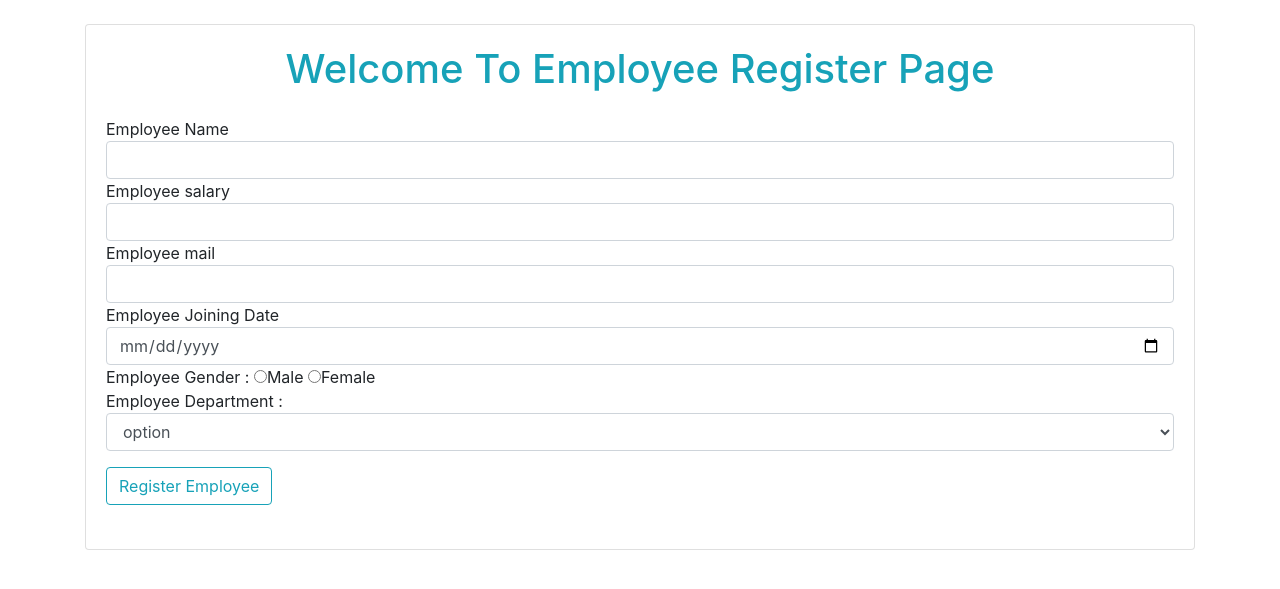
Repository: lokeshsukhwal/EmployeeMiniProject
Page: http://localhost/EmployeeRegister
These files come from the project's save history. The page is drawn as it stood at one moment and after the next save; the edit follows.
The browser window is 1280 px wide. The pictures show the whole page.
The page is this project's Thymeleaf template; nobody is signed in. The template is opened directly, without the code that normally fills it, so the values that code supplies are empty.

Above is the page before, as saved 2023-01-18 14:31:21.

### SpringBootMvc-ThymeleafMySqlCrudMiniProject/src/main/resources/templates/EmployeeRegister.html
<!DOCTYPE html>
<html xmlns:th="https://www.thymeleaf.org/">
<head>
<meta charset="ISO-8859-1">
<title>Employee register page</title>
<!-- Latest compiled and minified CSS -->
<link rel="stylesheet"
	href="https://cdn.jsdelivr.net/npm/bootstrap@4.6.2/dist/css/bootstrap.min.css">
</head>
<body>
	<div class="container">
		<div class="card mt-4 ">
			<div class="card-body ">
				<h1 class=" text-info text-center">Welcome To Employee Register Page</h1>
		<form th:action="@{/employee/save}" method="POST" class="mt-4 form ">
			Employee Name <input type="text" name="empName"class="form-control">
		    Employee salary <input type="text"name="empSalary" class="form-control">
		    Employee mail <input type="email" name="empMail" class="form-control">
		 Employee Joining Date <input type="date" name="empDoj" class="form-control">
         Employee Gender :  <input type="radio" name="empGender" value="male" class="inline">Male
                            <input type="radio" name="empGender" value="female" class="inline">Female	<br>

		    Employee Department : <select name="department" class="form-control dropdown">
									<option value="#">option</option>
									<option value="dev">DEV</option>
									<option value="ba">BA</option>
									<option value="qa">QA</option>
								  </select>

		<button type="submit" class="btn btn-outline-info mt-3">Register Employee</button>

				</form>


				<h4 th:text="${message}"class="bg-success text-white mt-4 text-center"></h4>
			</div>
		</div>
	</div>
</body>
</html>

After the next save:
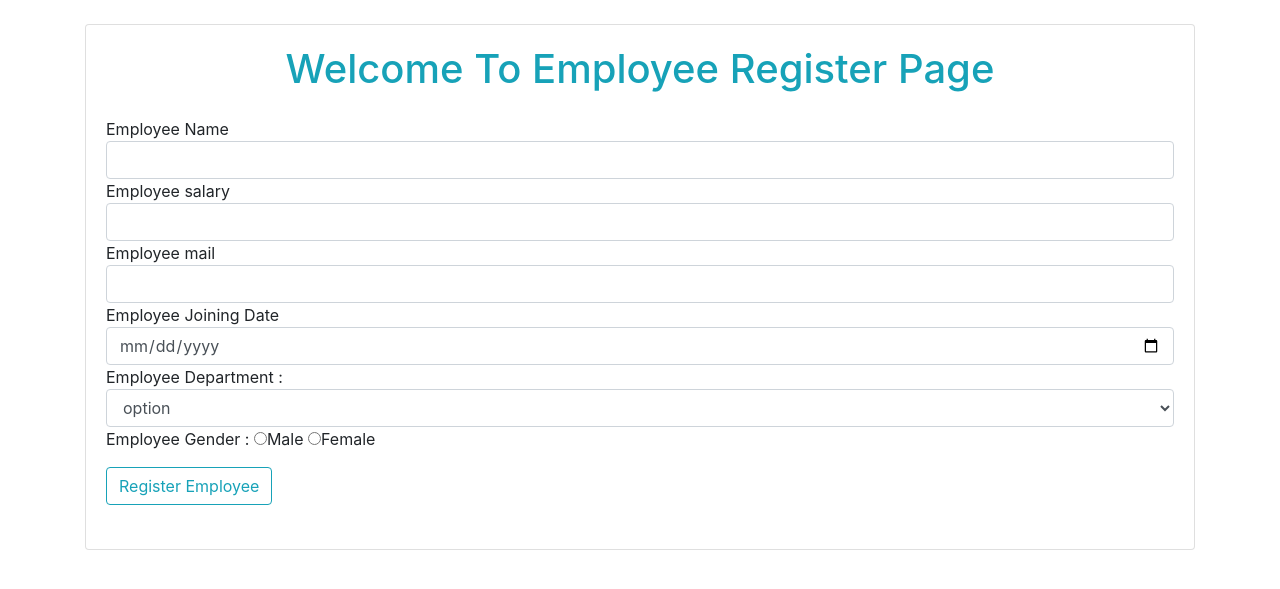
Saved 54 s later.
--- a/SpringBootMvc-ThymeleafMySqlCrudMiniProject/src/main/resources/templates/EmployeeRegister.html
+++ b/SpringBootMvc-ThymeleafMySqlCrudMiniProject/src/main/resources/templates/EmployeeRegister.html
@@ -17,15 +17,14 @@
 		    Employee salary <input type="text"name="empSalary" class="form-control">
 		    Employee mail <input type="email" name="empMail" class="form-control">
 		 Employee Joining Date <input type="date" name="empDoj" class="form-control">
-         Employee Gender :  <input type="radio" name="empGender" value="male" class="inline">Male
-                            <input type="radio" name="empGender" value="female" class="inline">Female	<br>
-
 		    Employee Department : <select name="department" class="form-control dropdown">
 									<option value="#">option</option>
 									<option value="dev">DEV</option>
 									<option value="ba">BA</option>
 									<option value="qa">QA</option>
 								  </select>
+			 Employee Gender :  <input type="radio" name="empGender" value="male" class="inline">Male
+                            <input type="radio" name="empGender" value="female" class="inline">Female	<br>
 
 		<button type="submit" class="btn btn-outline-info mt-3">Register Employee</button>
 
